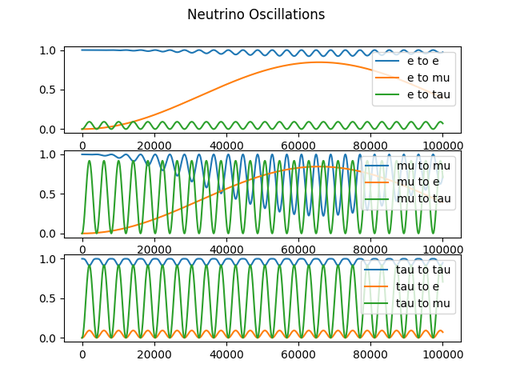
Repository: MichaelCullen2011/QuantumAndNeutrinos
Script's output: python neutrinos.py
The author's editor kept a copy of each file at every save. The script's output is drawn from the files as they stood at one save, then again after the next save.
The pictures are shown at 80% of full size.
Each picture stacks the figures in order, with grey between them; figures that are only written to a file come last. Random numbers start from a fixed seed.

Above is the script's output before, as saved 2021-06-02 16:56:21.
Error: NameError: name 'sin_q_theta' is not defined

After the next save:
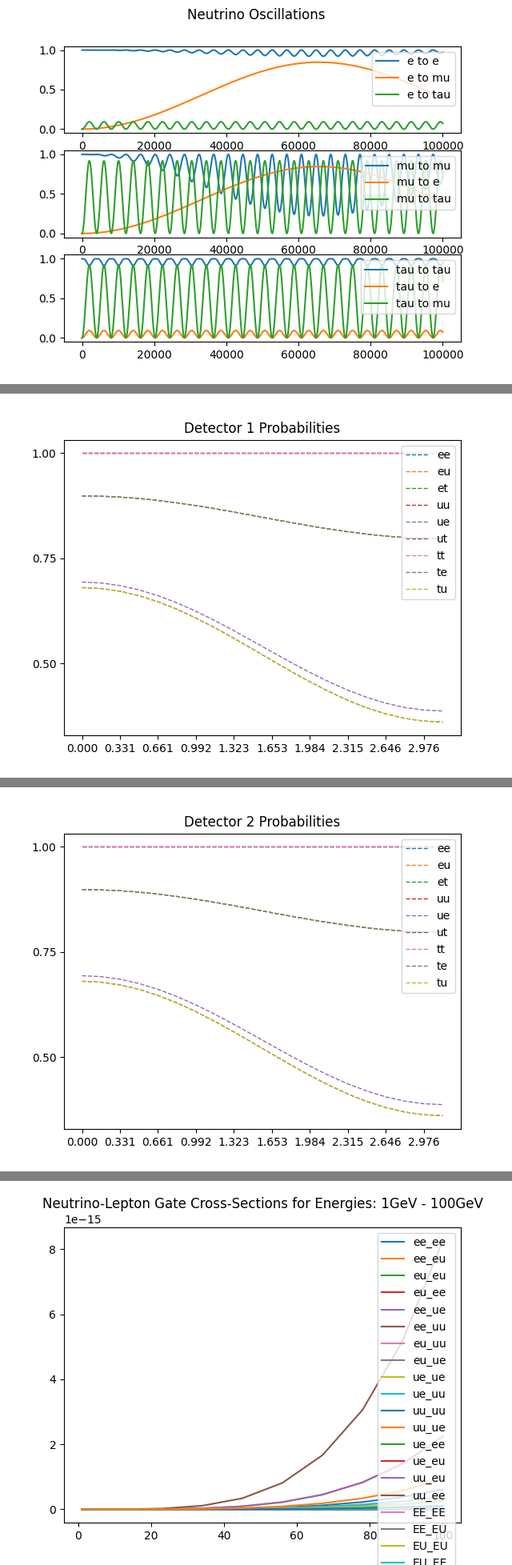
The error is gone.
Saved 16 s later.
--- a/neutrinos.py
+++ b/neutrinos.py
@@ -243,29 +243,29 @@ class WaveFunctions:
             prob_f1 = 1
             prob_f2 = 0
         elif flavour == 'eu':
-            prob_f1 = 1 - (np.sqrt(sin_q_theta['et']) / 2) * (1 - order_tau_d_change * np.cos(phi))
-            prob_f2 = (np.sqrt(sin_q_theta['et']) / 2) * (1 - order_tau_d_change * np.cos(phi))
+            prob_f1 = 1 - (np.sqrt(sin_sq_theta['et']) / 2) * (1 - order_tau_d_change * np.cos(phi))
+            prob_f2 = (np.sqrt(sin_sq_theta['et']) / 2) * (1 - order_tau_d_change * np.cos(phi))
         elif flavour == 'et':
-            prob_f1 = 1 - (np.sqrt(sin_q_theta['et']) / 2) * (1 - order_tau_d_change * np.cos(phi))
-            prob_f2 = (np.sqrt(sin_q_theta['et']) / 2) * (1 - order_tau_d_change * np.cos(phi))
+            prob_f1 = 1 - (np.sqrt(sin_sq_theta['et']) / 2) * (1 - order_tau_d_change * np.cos(phi))
+            prob_f2 = (np.sqrt(sin_sq_theta['et']) / 2) * (1 - order_tau_d_change * np.cos(phi))
         if flavour == 'uu':
             prob_f1 = 1
             prob_f2 = 0
         elif flavour == 'ue':
-            prob_f1 = 1 - (np.sqrt(sin_q_theta['eu']) / 2) * (1 - order_tau_d_change * np.cos(phi))
-            prob_f2 = (np.sqrt(sin_q_theta['eu']) / 2) * (1 - order_tau_d_change * np.cos(phi))
+            prob_f1 = 1 - (np.sqrt(sin_sq_theta['eu']) / 2) * (1 - order_tau_d_change * np.cos(phi))
+            prob_f2 = (np.sqrt(sin_sq_theta['eu']) / 2) * (1 - order_tau_d_change * np.cos(phi))
         elif flavour == 'ut':
-            prob_f1 = 1 - (np.sqrt(sin_q_theta['ut']) / 2) * (1 - order_tau_d_change * np.cos(phi))
-            prob_f2 = (np.sqrt(sin_q_theta['ut']) / 2) * (1 - order_tau_d_change * np.cos(phi))
+            prob_f1 = 1 - (np.sqrt(sin_sq_theta['ut']) / 2) * (1 - order_tau_d_change * np.cos(phi))
+            prob_f2 = (np.sqrt(sin_sq_theta['ut']) / 2) * (1 - order_tau_d_change * np.cos(phi))
         if flavour == 'tt':
             prob_f1 = 1
             prob_f2 = 0
         elif flavour == 'te':
-            prob_f1 = 1 - (np.sqrt(sin_q_theta['te']) / 2) * (1 - order_tau_d_change * np.cos(phi))
-            prob_f2 = (np.sqrt(sin_q_theta['te']) / 2) * (1 - order_tau_d_change * np.cos(phi))
+            prob_f1 = 1 - (np.sqrt(sin_sq_theta['te']) / 2) * (1 - order_tau_d_change * np.cos(phi))
+            prob_f2 = (np.sqrt(sin_sq_theta['te']) / 2) * (1 - order_tau_d_change * np.cos(phi))
         elif flavour == 'tu':
-            prob_f1 = 1 - (np.sqrt(sin_q_theta['tu']) / 2) * (1 - order_tau_d_change * np.cos(phi))
-            prob_f2 = (np.sqrt(sin_q_theta['tu']) / 2) * (1 - order_tau_d_change * np.cos(phi))
+            prob_f1 = 1 - (np.sqrt(sin_sq_theta['tu']) / 2) * (1 - order_tau_d_change * np.cos(phi))
+            prob_f2 = (np.sqrt(sin_sq_theta['tu']) / 2) * (1 - order_tau_d_change * np.cos(phi))
         return prob_f1, prob_f2
 
 
